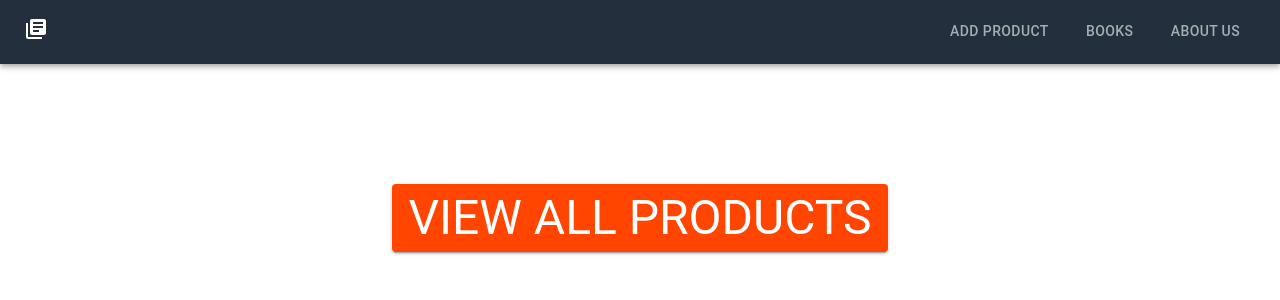
Repository: CydexCode/Book_Store_App-MERN-Stack
Page: / (app in book-store/)
These files come from the project's save history. The page is drawn as it stood at one moment and after the next save; the edit follows.
The browser window is 1280 px wide. The pictures show the whole page.
The project was rebuilt for these pictures with package versions that can differ from the ones it lists, and the page was loaded fresh each time. Also part of the build but not shown: book-store/src/components/AddBook.js, book-store/src/components/Book/Book.css, book-store/src/components/Book/Book.js, book-store/src/components/Book/Books.js, book-store/src/components/About.js, book-store/src/components/Book/BookDetail.js.

Above is the page before, as saved 2022-09-09 03:06:53.

After the next save:
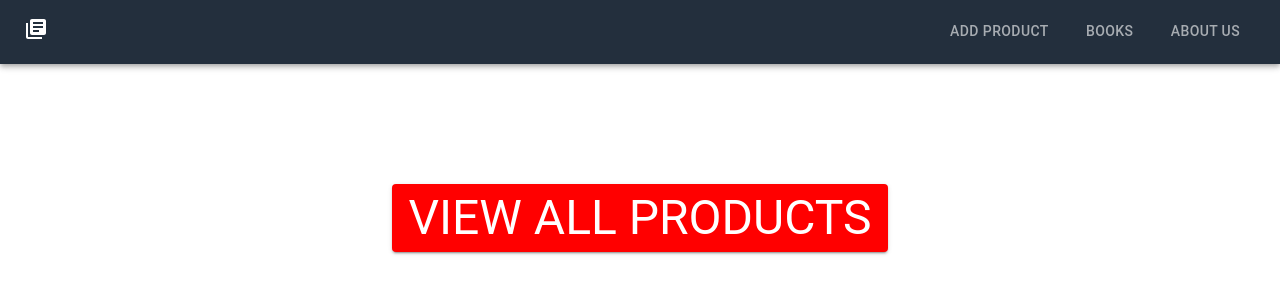
Saved 53 s later.
--- a/book-store/src/components/Home.js
+++ b/book-store/src/components/Home.js
@@ -6,7 +6,7 @@ const Home = () => {
   return (
     <div>
       <Box display="flex" flexDirection="column" alignItems="center" >
-        <Button LinkComponent={Link} to="/books" sx={{marginTop: 15, background:'orangered' }} variant="contained">
+        <Button LinkComponent={Link} to="/books" sx={{ marginTop: 15, background:"red" }} variant="contained">
             <Typography variant='h3'>View All Products</Typography>
         </Button>
 
